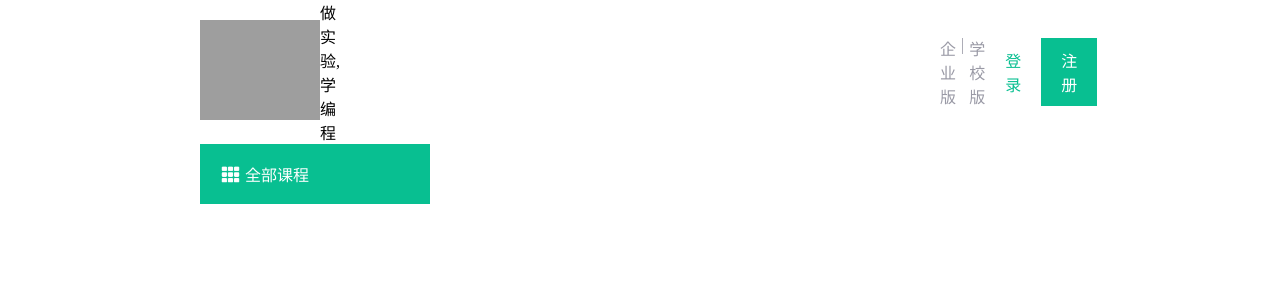
Repository: ZHANG-0714/experiment
Page: /
An editor plug-in stored every save of this project. The page is shown before and after the next save, followed by the edit.
The browser window is 1280 px wide. The pictures show the whole page.
Pictures or frames that could not be fetched are drawn as grey boxes. The project was rebuilt for these pictures with package versions that can differ from the ones it lists, and the page was loaded fresh each time.

Above is the page before, as saved 2020-06-01 14:27:51.

### src/App.vue
<template>
  <div id="app">
    <router-view/>
  </div>
</template>

<style lang="scss">
*{
  margin: 0;
  padding: 0;
}

</style>

### src/views/Home.vue
<template>
 <div>
   <Exper></Exper>

 </div>
</template>

<script>

import Exper from '../components/Nav/Exper'

 export default {
   name: '',
   props: {
   },
   components: {
     Exper

   },
   data () {
     return {

     }
   },
   methods: {

   },
   mounted() {

   },
   watch: {

   },
   computed: {

   }
 }
</script>

<style scoped lang='scss'>


</style>

### src/components/Nav/Exper.vue
<template>
<!-- 导航栏 -->

 <div>

       <Prog></Prog>
       <Curriculum></Curriculum>



 </div>

</template>

<script>
import Prog from '../Nav/Prog'
import Curriculum from '../Nav/Curriculum'

 export default {
   name: '',
   props: {
   },
   components: {
     Prog,
     Curriculum

   },
   data () {
     return {

     }
   },
   methods: {

   },
   mounted() {

   },
   watch: {

   },
   computed: {

   }
 }
</script>

<style scoped lang='scss'>
.exper{
    width: 100%;
    background-color: #F9F9F9;
}

</style>

### src/components/Nav/Prog.vue
<template>
<!-- 实验楼 -->
 <div>
     <div class="ramm">
         <div>
             <img src="https://static.shiyanlou.com/frontend/dist/img/9f43b00.svg" alt="" class="imgs">
         </div>
         <div>做实验,学编程</div>
         <div class="edition">
             <div class="do">企业版 </div> | <div class="dos">学校版</div>
         </div>
         <div class="sign">登录</div>
         <div class="register">注册</div>
     </div>



 </div>
</template>

<script>
 export default {
   name: '',
   props: {
   },
   components: {

   },
   data () {
     return {

     }
   },
   methods: {

   },
   mounted() {

   },
   watch: {

   },
   computed: {

   }
 }
</script>

<style scoped lang='scss'>
.imgs{
    width: 120px;
    height: 100px;
}
.ramm{
    margin-left: 200px;
    margin-right: 200px;
    display: flex;
    align-items: center;
}
.edition{
     display: flex;
    color: #9999A5;
      margin-left: 600px;
}
.do{
    margin-right: 5px;
}
.dos{
    margin-left: 5px;
}
.do:hover{
    color: #08BF91;
}
.dos:hover{
    color: #08BF91;
}
.sign{
    color: #08BF91;
    margin-left: 20px;
}
.sign:hover{
    color: #9999A5;
}
.register{
    color: #fff;
    padding: 10px 20px;
    margin-left: 20px;
    background-color: #08BF91;
}

</style>

### src/components/Nav/Curriculum.vue
<template>
<!-- 全部课程 -->

 <div>
     <div class="cheng">

         <div class="course">
             <img src="../../../src/assets/01.png" alt="" class="img">
             <div>全部课程</div>
         </div>

         <div class="whole">

         </div>

     </div>
 </div>
</template>

<script>
 export default {
   name: '',
   props: {
   },
   components: {

   },
   data () {
     return {

     }
   },
   methods: {

   },
   mounted() {

   },
   watch: {

   },
   computed: {

   }
 }
</script>

<style scoped lang='scss'>
.cheng{
    margin-left: 200px;
    margin-right: 200px;
}
.course{
    width: 230px;
    height: 60px;
    display: flex;
    color: #fff;
     align-items: center;
    background-color: #08BF91;
}
.img{
     width: 20px;
    height: 20px;
    margin-left: 20px;
    margin-right: 5px;
}
.whole{
    background-color: #fff;
}

</style>

Loaded but not shown: public/index.html (common file); src/main.js (common file); src/router/index.js (common file); src/store/index.js (common file)

After the next save:
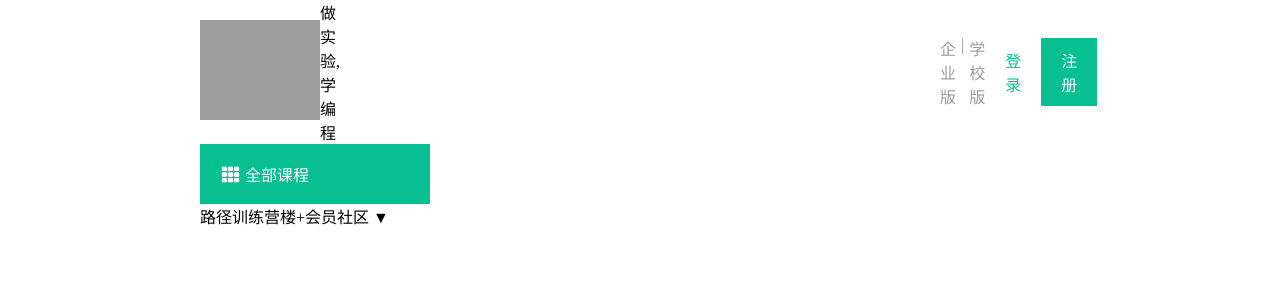
Saved 3 min 40 s later.
--- a/src/components/Nav/Curriculum.vue
+++ b/src/components/Nav/Curriculum.vue
@@ -10,6 +10,12 @@
          </div>
 
          <div class="whole">
+             <div>路径</div>
+             <div>训练营</div>
+             <div>楼+</div>
+             <div>会员</div>
+             <div></div>
+             <div>社区 ▼</div>
 
          </div>
 
@@ -65,6 +71,7 @@
     margin-right: 5px;
 }
 .whole{
+    display: flex;
     background-color: #fff;
 }
 
